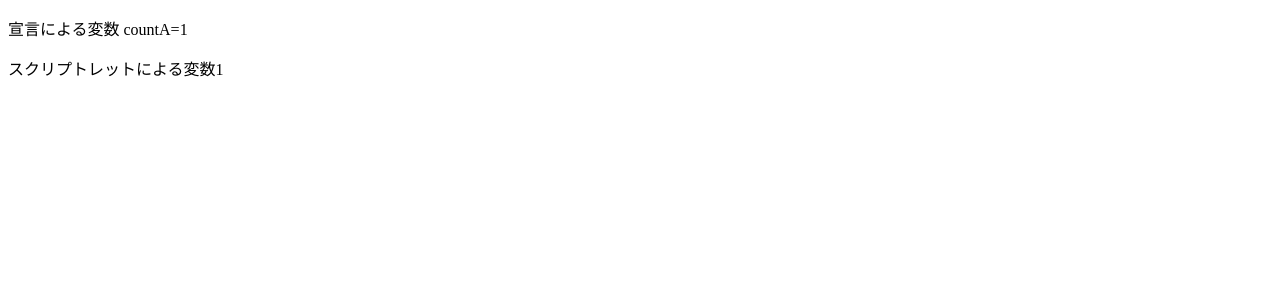
Repository: iuvfag/test
Page: http://localhost/HelloJsp/Test.jsp
The author's editor kept a copy of each file at every save. The page is drawn from the files as they stood at one save, then again after the next save.
The browser window is 1280 px wide. The pictures show the whole page.
The page is served by Tomcat 9.

Above is the page before, as saved 2018-06-25 01:25:22.

After the next save:
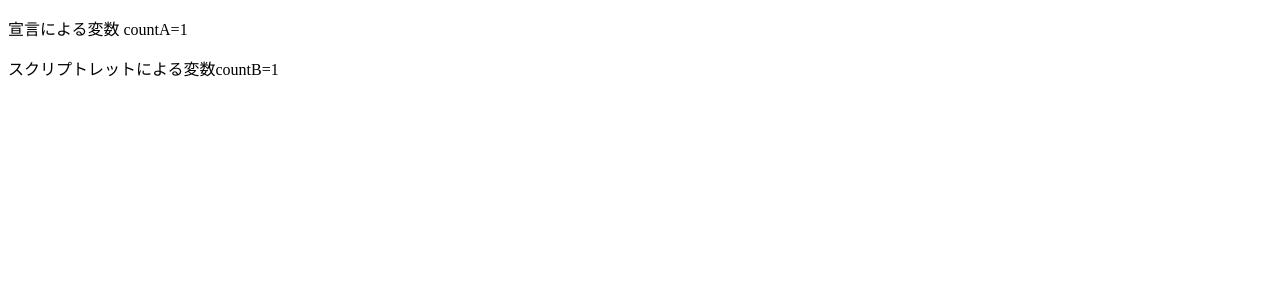
Saved 47 s later.
--- a/HelloJsp/WebContent/Test.jsp
+++ b/HelloJsp/WebContent/Test.jsp
@@ -17,7 +17,7 @@
 	%>
 
 	<p>宣言による変数 countA=<%= countA %></p>
-	<p>スクリプトレットによる変数<%= countB %></p>
+	<p>スクリプトレットによる変数countB=<%= countB %></p>
 
 </body>
 </html>
